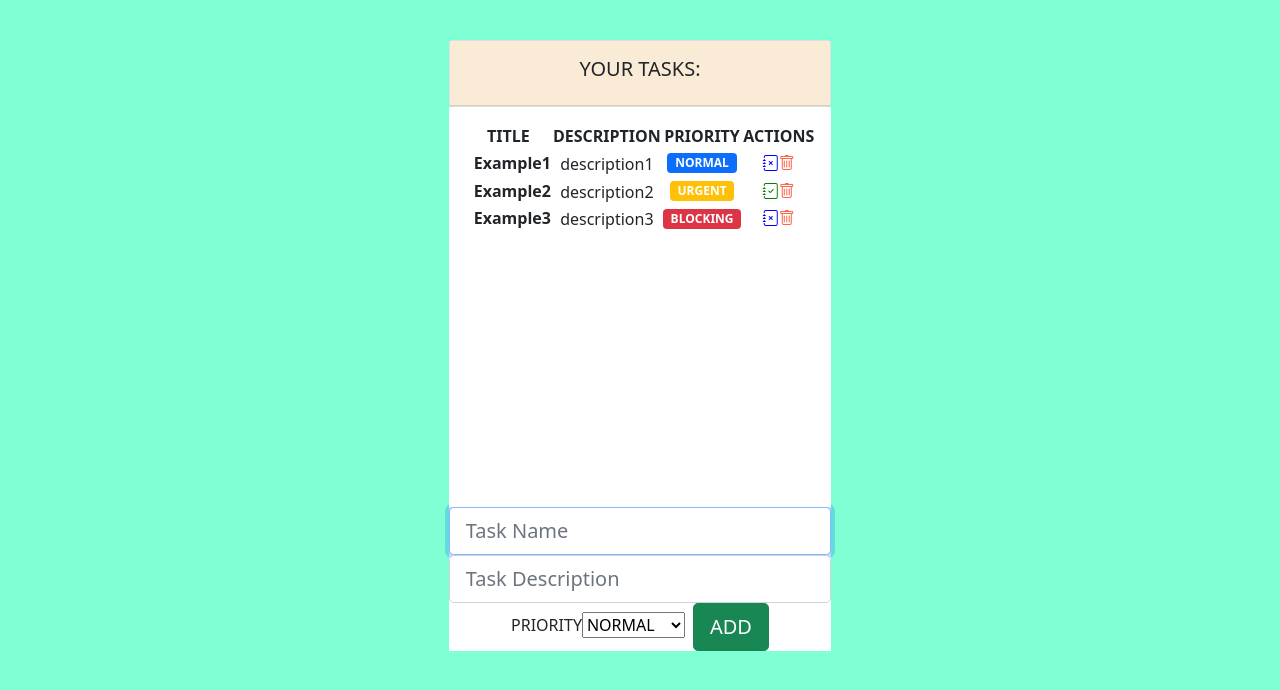
Repository: abgdev1997/proyecto-evo
Page: /
These files come from the project's save history. The page is drawn as it stood at one moment and after the next save; the edit follows.
The browser window is 1280 px wide. The pictures show the whole page.
The project was rebuilt for these pictures with package versions that can differ from the ones it lists, and the page was loaded fresh each time.

Above is the page before, as saved 2022-01-27 16:56:40.

After the next save:
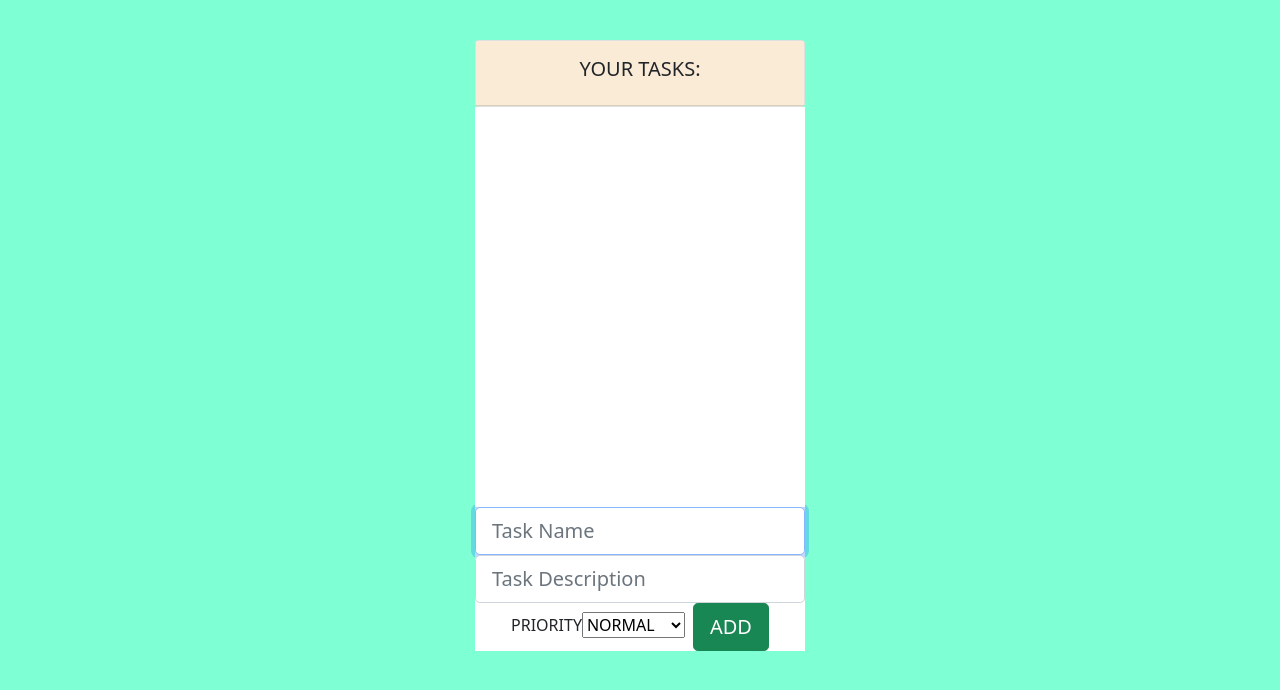
Saved 36 min 47 s later.
--- a/src/components/container/task_list.jsx
+++ b/src/components/container/task_list.jsx
@@ -59,6 +59,29 @@
         setTasks(tempTasks);
     }
 
+    const tasksTable = () => {
+        return (
+            <table>
+                        <thead>
+                            <tr>
+                                <th scope='col'>TITLE</th>
+                                <th scope='col'>DESCRIPTION</th>
+                                <th scope='col'>PRIORITY</th>
+                                <th scope='col'>ACTIONS</th>
+                            </tr>
+                        </thead>
+                        <tbody>
+                            {tasks.map((task, index) => <TaskComponent
+                                                            completed={changeCompleted}
+                                                            remove={deleteTask}
+                                                            key={index}
+                                                            task={task}>
+                                                            </TaskComponent>)}
+                        </tbody>
+                    </table>
+        )
+    }
+
     return (
         <div>
             {/* Dividimos el contenedor en 12 columnas */}
@@ -79,24 +102,7 @@
                 data-mdb-perfect-scrollbar='true'
                 style={ {position: 'relative', height:'400px', backgroundColor:'white'}
                 }>
-                    <table>
-                        <thead>
-                            <tr>
-                                <th scope='col'>TITLE</th>
-                                <th scope='col'>DESCRIPTION</th>
-                                <th scope='col'>PRIORITY</th>
-                                <th scope='col'>ACTIONS</th>
-                            </tr>
-                        </thead>
-                        <tbody>
-                            {tasks.map((task, index) => <TaskComponent
-                                                            completed={changeCompleted}
-                                                            remove={deleteTask}
-                                                            key={index}
-                                                            task={task}>
-                                                            </TaskComponent>)}
-                        </tbody>
-                    </table>
+                    {tasksTable}
                 </div>
             </div>
             <TaskForm add={addTask}></TaskForm>

After the 4 saves that followed:
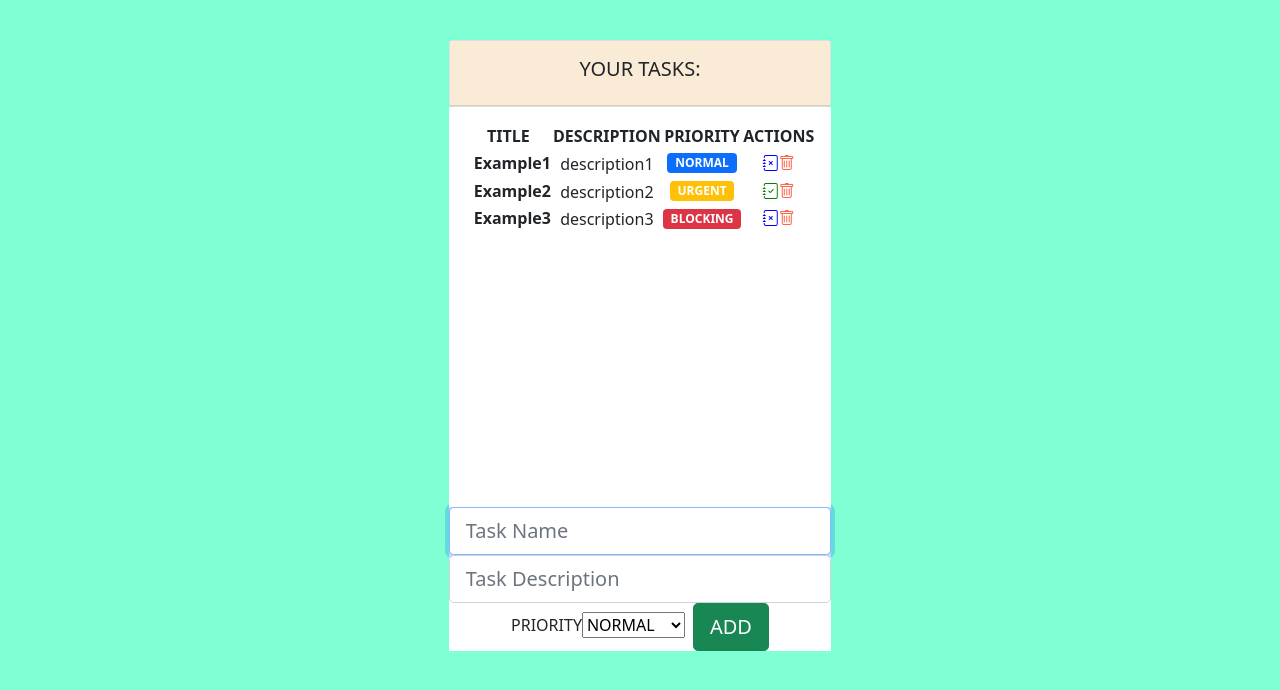
The 4 saves are shown as one change because 3 left the picture as it was.
The last was saved 10 min 8 s later.
--- a/src/components/container/task_list.jsx
+++ b/src/components/container/task_list.jsx
@@ -59,28 +59,31 @@
         setTasks(tempTasks);
     }
 
-    const tasksTable = () => {
+    const TasksTable = () => {
         return (
             <table>
-                        <thead>
-                            <tr>
-                                <th scope='col'>TITLE</th>
-                                <th scope='col'>DESCRIPTION</th>
-                                <th scope='col'>PRIORITY</th>
-                                <th scope='col'>ACTIONS</th>
-                            </tr>
-                        </thead>
-                        <tbody>
-                            {tasks.map((task, index) => <TaskComponent
-                                                            completed={changeCompleted}
-                                                            remove={deleteTask}
-                                                            key={index}
-                                                            task={task}>
-                                                            </TaskComponent>)}
-                        </tbody>
-                    </table>
+                <thead>
+                    <tr>
+                        <th scope='col'>TITLE</th>
+                        <th scope='col'>DESCRIPTION</th>
+                        <th scope='col'>PRIORITY</th>
+                        <th scope='col'>ACTIONS</th>
+                    </tr>
+                </thead>
+                <tbody>
+                    {tasks.map((task, index) =>
+                        <TaskComponent
+                        completed={changeCompleted}
+                        remove={deleteTask}
+                        key={index}
+                        task={task}>
+                        </TaskComponent>)}
+                </tbody>
+            </table>
         )
     }
+
+    let table = <TasksTable></TasksTable>
 
     return (
         <div>
@@ -102,7 +105,7 @@
                 data-mdb-perfect-scrollbar='true'
                 style={ {position: 'relative', height:'400px', backgroundColor:'white'}
                 }>
-                    {tasksTable}
+                    {table}
                 </div>
             </div>
             <TaskForm add={addTask}></TaskForm>
